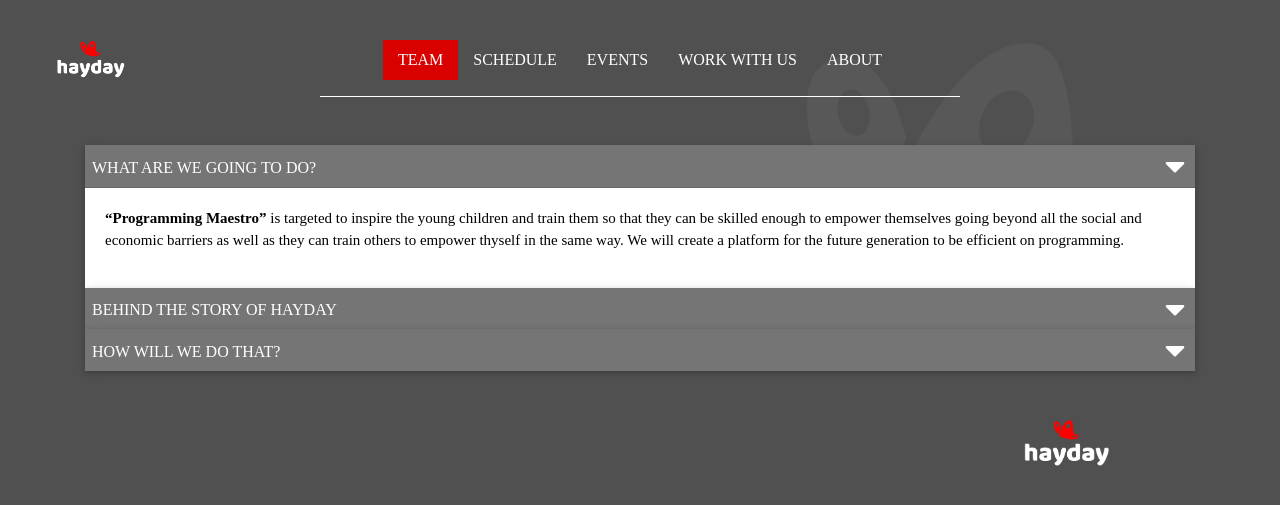
Repository: im1971/company-web
Page: about.html
These files come from the project's save history. The page is drawn as it stood at one moment and after the next save; the edit follows.
The browser window is 1280 px wide. The pictures show the whole page.
Some web fonts or font styles are not loaded; a fallback is used.

Above is the page before, as saved 2020-02-08 11:02:24.

### about.html
<!DOCTYPE html>
<html>

<head>
    <meta charset="utf-8">
    <meta name="viewport" content="width=device-width, initial-scale=1">
    <title>hayday</title>
    <link rel="shortcut icon" type="img/x-icon" href="img/fav.png" />
    <link rel="stylesheet" href="css/mdb.min.css">
    <link rel="stylesheet" href="css/bootstrap.min.css">
    <link rel="stylesheet" href="css/fontawesome.min.css">
    <link rel="stylesheet" href="css/all.min.css">
    <link rel="stylesheet" href="css/style.css">
    <!-- fonts -->
    <link href="https://fonts.googleapis.com/css?family=Baloo+Bhai&display=swap" rel="stylesheet">
    <!-- fonts -->

</head>

<body>

    <div class="wrap_hayday">
        <div class="back_img"></div>
        <div class="container-fluid">
            <div class="row justify-content-center pb-5">
                <div class="col-md-12">
                    <nav class="navbar navbar-expand-lg">
                        <button class="navbar-toggler" type="button" data-toggle="collapse" data-target="#navbarSupportedContent" aria-controls="navbarSupportedContent" aria-expanded="false" aria-label="Toggle navigation">
                            <i class="fas fa-bars"></i>
                        </button>

                        <div class="collapse navbar-collapse" id="navbarSupportedContent">

                            <ul class="navbar-nav m-auto text-uppercase">
                                <a class="nav-icon" href="index.html">
                                    <img src="img/logo.png" alt="">
                                </a>
                                <li class="nav-item">
                                    <a class="nav-link active" href="team.html">Team</a>
                                </li>
                                <li class="nav-item">
                                    <a class="nav-link" href="schedule.html">SCHEDULE</a>
                                </li>
                                <li class="nav-item">
                                    <a class="nav-link" href="event.html">Events</a>
                                </li>
                                <li class="nav-item">
                                    <a class="nav-link" href="workWithUs.html">Work With us</a>
                                </li>
                                <li class="nav-item">
                                    <a class="nav-link" href="about.html">About</a>
                                </li>
                            </ul>
                        </div>
                    </nav>
                </div>
                <div class="col-md-6 border_deco pt-3"></div>
            </div>
            <div class="container">
                <div class="row justify-content-center">
                    <div class="col-md-12">
                        <div class="accordion" id="accordionExample">
                            <div class="card">
                                <div class="card-header collapsed" id="headingTwo" data-toggle="collapse" data-target="#collapseTwo" aria-expanded="false" aria-controls="collapseTwo">
                                    <h2 class="mb-0 ">
                                        <button class="btn btn-link" type="button">
                                            what are we going to do?
                                  </button>
                                        <i class="fas fa-caret-down"></i>
                                    </h2>
                                </div>
                                <div id="collapseTwo" class="collapse show" aria-labelledby="headingTwo" data-parent="#accordionExample">
                                    <div class="card-body">
                                        <p>
                                            <b>“Programming Maestro”</b> is targeted to inspire the young children and train them so that they can be skilled enough to empower themselves going beyond all the social and economic barriers as well as they
                                            can train others to empower thyself in the same way. We will create a platform for the future generation to be efficient on programming.
                                        </p>
                                    </div>
                                </div>
                            </div>
                            <div class="card">
                                <div class="card-header" id="headingOne" data-toggle="collapse" data-target="#collapseOne" aria-expanded="false" aria-controls="collapseOne">
                                    <h2 class="mb-0  ">
                                        <button class="btn btn-link" type="button">
                                            Behind the Story of hayday
                                  </button>
                                        <i class="fas fa-caret-down"></i>
                                    </h2>
                                </div>

                                <div id="collapseOne" class="collapse" aria-labelledby="headingOne" data-parent="#accordionExample">
                                    <div class="card-body">
                                        <p>
                                            The world is racing towards the 5th generation of technological development. The people has to adopt new technologies as well as new techniques to keep pace with the current wave of development. This craving for technological development requires a very
                                            skilled and hardworking manpower to accelerate the process. Moreover, the traditional jobs are not sufficient to fulfil the economic sovereignty.
                                        </p>
                                        <p>
                                            The ILO (International Labour Organization) expresses its concern over high youth unemployment rate. The ILO says, one in five young people under 25 are jobless and have no skills. It warns the compromises of the future employment prospects.
                                        </p>
                                        <p>
                                            If a developing country like Bangladesh wants to embrace the economic autarky, it’s high time to emancipate fledglings of its population by emphasizing on technological competency. The “Programming Maestro” is an initiative to encourage young people and
                                            children in programming as well as in technological competencies.
                                        </p>
                                    </div>
                                </div>
                            </div>
                            <div class="card">
                                <div class="card-header" id="headingThree" data-toggle="collapse" data-target="#collapseThree" aria-expanded="false" aria-controls="collapseThree">
                                    <h2 class="mb-0 ">
                                        <button class="btn btn-link collapsed" type="button">
                                            How will we do that?
                                  </button>
                                        <i class="fas fa-caret-down"></i>
                                    </h2>
                                </div>
                                <div id="collapseThree" class="collapse" aria-labelledby="headingThree" data-parent="#accordionExample">
                                    <div class="card-body">
                                        <p>
                                            Programming is a universal language that requires continuous effort and practice to be an expert programmer besides having some basic knowledge and that makes it unique.
                                        </p>
                                        <p>
                                            We have segregated the whole learning process into 2 basic steps that involves-
                                        </p>
                                        <div class="m-4">
                                            <h4 class="mb-0">
                                                1. Learn the basic knowledge of programming
                                            </h4>
                                            <h4 class="mb-0">
                                                2. Continuous practice
                                            </h4>
                                        </div>
                                        <p class="mb-5">
                                            These two steps are very much continuing and interconnected. We will follow a series of activities to properly execute the steps.
                                        </p>
                                        <h4>
                                            First step: Learn the basic knowledge of programming
                                        </h4>
                                        <p class="ml-4">
                                            1. Future Coder Selection <br> 2. Train the Future Coder<br> 3. Programming Maestro Selection<br> 4. Final Coding Challenge

                                        </p>
                                        <p>
                                            <b>At first,</b> we will run campaigns in schools and colleges to make the children be acquainted with the useful aspects of computer programming we will convince them and its make them understandable to it’s
                                            benefits.
                                        </p>
                                        <p>
                                            <b>Secondly,</b> we will conduct a test called "Future Coder Selection". Through this test, we will see who really wants to learn and who is capable to learn "Computer Programming."
                                        </p>
                                        <p>
                                            <b>Third,</b> we will select 200 students from the above test. We will train these 20 people about "Computer Programming" for six days (four hours per day) through an event called "Future Coder". we will teach
                                            them practically what "Computer Programming" is and why we should do it.
                                        </p>
                                        <p>
                                            Fourth, we will select 20 "Programming Maestro" from these 200 students depending on the examination and understanding. We will organize a "Programming Competition" by dividing them into 7 groups.
                                        </p>
                                        <p>
                                            <b>In the end,</b> just these 6 days of training are not enough to teach "Computer Programming." Therefore, we will set up an institute with sophisticated computer and technology where the children can learn
                                            free "Computer Programming" for 6 days in a week.
                                        </p>
                                        <h4 class="mt-3">
                                            Second step: Continuous Practice
                                        </h4>
                                        <p>
                                            In the second step, we will launch a programming lab with latest digital facilities for practice programming regularly. Where students will be able to learn basic to advanced level programming. Where the topper from the national and international programming
                                            competition will play the role of teachers.
                                        </p>
                                        <p class="text-center classroom m-5">
                                            <img src="img/lab.jpg" alt="">
                                        </p>
                                    </div>
                                </div>
                            </div>
                        </div>
                    </div>
                </div>
            </div>
            <div class="row justify-content-end my-5">
                <div class="col-md-4 m-autp">
                    <div class="middle_body">
                        <div class="logo">
                            <img src="img/logo.png" alt="" style="height: 50px">
                        </div>
                        <!-- <p>Read about our Inspiration</p> -->
                    </div>
                </div>
            </div>
        </div>
    </div>
    </div>



    <!-- <script src="https://code.jquery.com/jquery-3.4.1.slim.min.js" integrity="sha384-J6qa4849blE2+poT4WnyKhv5vZF5SrPo0iEjwBvKU7imGFAV0wwj1yYfoRSJoZ+n" crossorigin="anonymous"></script>
    <script src="https://cdn.jsdelivr.net/npm/popper.js@1.16.0/dist/umd/popper.min.js" integrity="sha384-Q6E9RHvbIyZFJoft+2mJbHaEWldlvI9IOYy5n3zV9zzTtmI3UksdQRVvoxMfooAo" crossorigin="anonymous"></script>
    <script src="https://stackpath.bootstrapcdn.com/bootstrap/4.4.1/js/bootstrap.min.js" integrity="sha384-wfSDF2E50Y2D1uUdj0O3uMBJnjuUD4Ih7YwaYd1iqfktj0Uod8GCExl3Og8ifwB6" crossorigin="anonymous"></script> -->

    <script type="text/javascript" src="js/jquery.min.js"></script>
    <!-- Bootstrap tooltips -->
    <script type="text/javascript" src="js/popper.min.js"></script>
    <!-- Bootstrap core JavaScript -->
    <script type="text/javascript" src="js/bootstrap.min.js"></script>
    <!-- MDB core JavaScript -->
    <script type="text/javascript" src="js/mdb.min.js"></script>


</body>

</html>

### css/style.css
body {
    padding: 0;
    margin: 0;
    /* background: #5407A1; */
    background: #505050;
    color: #fff !important;
    font-family: 'Baloo Bhai', cursive;
    position: relative;
}


/* global */

html {
    overflow: scroll;
    overflow-x: hidden;
}

::-webkit-scrollbar {
    width: 0px;
    background: transparent;
}


/* Optional: show position indicator in red */

::-webkit-scrollbar-thumb {
    background: #FF0000;
}

.active {
    background-color: #d90000;
    color: #fff;
}


/* global */

.back_img {
    background-image: url(../img/back.png);
    height: 350px;
    width: 600px;
    position: absolute;
    background-position: center center;
    background-size: cover;
    opacity: 5%;
    /* top: 30%; */
    right: 0;
}


/* header */

.wrap_hayday .nav-link::after {
    content: '';
    position: absolute;
    width: 100%;
    height: 1px;
    bottom: 0;
    left: 0;
    background-color: #E2061B;
    transform: scaleX(0);
    /* transform-origin: bottom right; */
    transition: transform 0.3s;
}

.wrap_hayday .nav-link:hover::after {
    /* transform-origin: bottom left; */
    transform: scaleX(1);
}

.wrap_hayday .navbar {
    box-shadow: none;
}

.wrap_hayday .navbar .collapse {
    position: relative;
}

.wrap_hayday .navbar .nav-icon {
    position: absolute;
    left: 0;
    top: 0;
    padding: 0;
}

.wrap_hayday .navbar .nav-icon img {
    height: 40px;
}

.wrap_hayday .container-fluid {
    min-height: 100vh;
}

.wrap_hayday nav .nav-link {
    padding-right: 15px !important;
    padding-left: 15px !important;
    color: #fff;
    font-family: 'Baloo Bhai', cursive;
}

.wrap_hayday .border_deco {
    border-bottom: .25px solid #fff;
}

.wrap_hayday nav .nav-link:hover {
    color: #FF0000;
    transition-duration: 0.5s;
}

.wrap_hayday .navbar {
    padding: 40px;
    padding-bottom: 0;
}


/* header */


/* middle body */

.wrap_hayday .middle_body_height {
    height: 50vh;
}

.wrap_hayday .middle_body {
    text-align: center;
}

.wrap_hayday .middle_body p {
    font-size: 22px;
}

.wrap_hayday .middle_body .logo img {
    height: 200px;
}

.wrap_hayday .others_page_middle {
    text-align: center;
    position: absolute;
    right: 30px;
    bottom: 0;
}

.wrap_hayday .others_page_middle img {
    height: 70px;
}


/* middle body */


/* footer-body */

.myprogress {
    min-width: 100%;
    margin: 0px auto;
    text-align: center;
}

.myprogress .circle {
    display: inline-block;
    background: #fff;
    width: 50px;
    height: 50px;
    border-radius: 80px;
    border: 1px solid #d5d5da;
    cursor: pointer;
}

.myprogress .circle:hover {
    background: #FF0000;
    color: #5407A1;
    transition-duration: 0.5s;
}

.myprogress .bar {
    position: relative;
    width: 100px;
    padding-right: 15px;
    font-family: none;
}

.myprogress .circle .label {
    display: inline-block;
    width: 40px;
    height: 40px;
    line-height: 30px;
    border-radius: 40px;
    font-size: 24px;
}

.myprogress .circle .title {
    color: #5407A1;
    font-size: 24px;
    line-height: 50px;
    cursor: pointer;
}

.myprogress .circle .title:hover {
    color: #fff;
}

.myprogress i {
    font-size: 11px;
}

.abc {
    animation: pulse 1s infinite;
    color: #FF0000;
}

.pulse {
    -webkit-animation-duration: 3s;
    -webkit-animation-delay: 2s;
    -webkit-animation-iteration-count: 5;
}

@-webkit-keyframes scroll {
    0% {
        -webkit-transform: translateX(0);
        transform: translateX(0);
    }
    100% {
        -webkit-transform: translateX(calc(-250px * 7));
        transform: translateX(calc(-250px * 7));
    }
}

@keyframes scroll {
    0% {
        -webkit-transform: translateX(0);
        transform: translateX(0);
    }
    100% {
        -webkit-transform: translateX(calc(-250px * 7));
        transform: translateX(calc(-250px * 7));
    }
}

.slider {
    /* background: white; */
    /* box-shadow: 0 10px 20px -5px rgba(0, 0, 0, 0.125); */
    /* height: 100px; */
    margin: auto;
    overflow: hidden;
    position: relative;
    width: 960px;
}

.slider::before,
.slider::after {
    /* background: -webkit-gradient(linear, left top, right top, from(white), to(rgba(255, 255, 255, 0))); */
    /* background: linear-gradient(to right, white 0%, rgba(255, 255, 255, 0) 100%); */
    content: "";
    height: 100px;
    position: absolute;
    width: 200px;
    z-index: 2;
}

.slider::after {
    right: 0;
    top: 0;
    -webkit-transform: rotateZ(180deg);
    transform: rotateZ(180deg);
}

.slider::before {
    left: 0;
    top: 0;
}

.slider .slide-track {
    -webkit-animation: scroll 40s linear infinite;
    animation: scroll 40s linear infinite;
    display: -webkit-box;
    display: flex;
    width: calc(250px * 14);
}

.slider .slide {
    /* height: 100px; */
    /* width: 200px; */
    padding-right: 40px;
}

.sponsor_slider {
    position: absolute;
    bottom: 20px;
}


/* footer-body */


/* about hayday */

.accordion .card-header {
    padding: 0;
    /* background: #5407A1; */
    background: #757575;
    margin-bottom: 0;
    cursor: pointer;
}

.accordion .card-header .btn-link {
    color: #fff;
    padding: 0;
}

.accordion .card {
    border: none;
    border-radius: 0;
}

.accordion i {
    position: absolute;
    right: 10px;
    top: 5px;
}

.accordion p {
    color: #000;
    font-family: serif;
    font-size: 15px;
}

.accordion h4 {
    color: #000;
    font-family: serif;
    font-weight: 700 !important;
    font-size: 22px;
}


/* about hayday */


/* work with us */

.outreach table.table th,
table.table td {
    padding: 3px 20px;
    color: #fff;
    border: none;
    font-family: auto;
}


/* work with us */


/* team */

.team .grid {
    padding-left: 0;
    padding-right: 0;
}

.team .team_image {
    background-image: url(../img/team/team-back.jpg);
    height: 600px;
    background-position: center center;
    background-size: cover;
}

.team .custom_hr {
    border-top: 3px solid #fff !important;
    width: 10% !important;
}

.team img {
    border-radius: 50%;
    margin: auto;
    border: 3px solid #dcdcdc;
}

.team .team_managemt img {
    height: 300px;
    width: 300px;
}

.team .team_volounteer img {
    height: 200px;
    width: 200px;
}

.team .wrap_team {
    display: flex;
    flex-direction: column;
    font-family: auto;
}


/* team */

.sponsor_footer p {
    font-family: auto;
    font-size: 14px;
}

.sponsor_footer p b {
    color: #FF0000;
}


/* events */

.event_wrap .title {
    font-family: auto;
}

.event_wrap .subtitle {
    font-family: auto;
}

.wrap_event {
    color: #fff;
    text-align: center;
    position: relative;
    font-family: auto;
    background: #9100ff3b;
}

.wrap_event .fas {
    font-size: 12px;
}

.slider_wrap .d-block {
    background-image: url(../img/team/team-back.jpg);
    height: 320px;
    background-position: center center;
    background-size: cover;
}

.slider_wrap .carousel-indicators {
    margin: 0;
    bottom: -15%;
}

.carousel .carousel-control-prev-icon {
    background-image: url("data:[embedded picture, 189 characters]")
}

.carousel .carousel-control-next-icon {
    background-image: url("data:[embedded picture, 190 characters]")
}

.carousel-control-next {
    right: -100px;
}

.carousel-control-prev {
    left: -100px;
}


/* calender */


/*
*
* ==========================================
* CUSTOM UTIL CLASSES
* ==========================================
*
*/

.clearfix::after,
.calendar ol::after {
    content: ".";
    display: block;
    height: 0;
    clear: both;
    visibility: hidden;
}


/* ================
Calendar Styling */

.calendar {
    border-radius: 10px;
    font-family: auto;
}

.calendar .target_date {
    height: 30px;
    width: 30px;
    position: absolute;
    border-radius: 50%;
    left: -6px;
    top: 1px;
    background: #fff;
    opacity: 0.3;
}

.month {
    font-size: 2rem;
}

.calendar ol li {
    float: left;
    width: 14.28571%;
}

.calendar .day-names {
    border-bottom: 1px solid #eee;
}

.calendar .day-names li {
    text-transform: uppercase;
    margin-bottom: 0.5rem;
}

.calendar .days li {
    border-bottom: 1px solid #eee;
    /* min-height: 8rem; */
}

.calendar .days li .date {
    margin: 0.25rem 0;
}

.calendar .days li .event {
    font-size: 0.75rem;
    padding: 0.4rem;
    color: white;
    white-space: nowrap;
    overflow: hidden;
    text-overflow: ellipsis;
    border-radius: 4rem;
    margin-bottom: 1px;
}

.calendar .days li .event.span-2 {
    width: 200%;
}

.calendar .days li .event.begin {
    border-radius: 1rem 0 0 1rem;
}

.calendar .days li .event.end {
    border-radius: 0 1rem 1rem 0;
}

.calendar .days li .event.clear {
    background: none;
}

.calendar .days li:nth-child(n+29) {
    border-bottom: none;
}

.calendar .days li.outside .date {
    color: #ddd;
}


/* calender */


/* timer */

#timer div {
    display: inline-block;
    line-height: 1;
    padding: 20px 40px 0 0;
    padding-bottom: 0;
    font-family: auto;
}

#timer span {
    display: block;
    font-size: 20px;
    color: white;
}

#timer #days,
#timer #hours,
#timer #minutes,
#timer #seconds {
    font-size: 50px;
}

#timer #seconds {
    font-size: 30px;
}


/* timer */


/* events */


/* media query */

@media (min-width: 1367px) {
    .sponsor_footer p {
        font-size: 18px;
        margin-top: 40px;
    }
    .outreach table.table th,
    table.table td,
    .accordion p,
    .myprogress .bar {
        font-size: 18px;
    }
    .outreach h4 {
        margin-top: 30px;
        margin-bottom: 20px;
    }
    .accordion .card-header .btn-link {
        font-size: 22px;
    }
    .accordion {
        margin-top: 30px;
    }
    .wrap_hayday .middle_body .logo img {
        height: 145px;
    }
    .wrap_hayday .middle_body p {
        font-size: 22px;
    }
    .wrap_hayday .step_command {
        font-family: auto;
        font-size: 22px;
    }
}

@media (max-width: 567px) {
    .wrap_hayday .navbar {
        padding: 20px 0 0;
    }
    .fa-bars {
        color: #fff !important;
    }
    .wrap_hayday .middle_body .logo img {
        height: 140px;
        margin-bottom: 28px;
    }
    .back_img {
        height: 150px;
        width: 200px;
    }
    .wrap_hayday .middle_body_height {
        height: 35vh;
    }
    .myprogress .circle {
        display: block;
        margin: auto;
        margin-top: 20px;
    }
    .myprogress .bar {
        padding-right: 0;
        font-family: none;
        font-size: 18px;
    }
    .team .team_image {
        height: 200px;
    }
    .team .custom_hr {
        width: 50% !important;
    }
    .team .team_managemt img {
        height: 150px;
        width: 150px;
    }
    .team .team_volounteer img {
        height: 120px;
        width: 120px;
    }
    .team .card-title {
        font-size: 26px;
    }
    .team .wrap_team {
        margin-bottom: 30px;
    }
    .sponsor_footer p {
        margin-bottom: 20px !important;
    }
    .calendar {
        padding-left: 0 !important;
        margin-top: 30px;
    }
    .event_wrap .title {
        font-size: 22px;
    }
    .event_wrap button {
        margin-bottom: 40px !important;
    }
    #timer #days,
    #timer #hours,
    #timer #minutes,
    #timer #seconds {
        font-size: 35px;
        margin: auto;
    }
    #timer span {
        font-size: 14px;
    }
    #timer div {
        padding: 0px 26px 0 0;
    }
    #timer {
        background: #8500ff82;
        display: flex;
        padding: 20px;
    }
    .classroom img {
        width: 150px;
    }
    .slider {
        width: 200px;
        padding-bottom: 20px;
    }
    .sponsor_slider {
        margin-top: 50px;
    }
}

Loaded but not shown: css/mdb.min.css (library); css/bootstrap.min.css (library); css/fontawesome.min.css (library); css/all.min.css (library); js/jquery.min.js (library); js/popper.min.js (library); js/bootstrap.min.js (library); js/mdb.min.js (library)

After the next save:
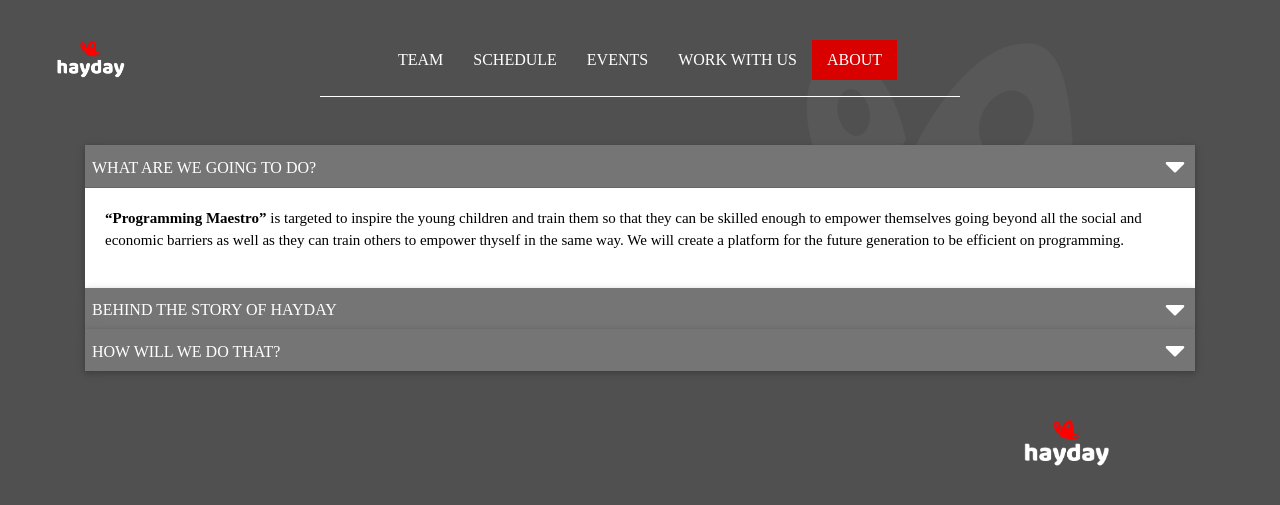
Saved 13 s later.
--- a/about.html
+++ b/about.html
@@ -36,7 +36,7 @@
                                     <img src="img/logo.png" alt="">
                                 </a>
                                 <li class="nav-item">
-                                    <a class="nav-link active" href="team.html">Team</a>
+                                    <a class="nav-link" href="team.html">Team</a>
                                 </li>
                                 <li class="nav-item">
                                     <a class="nav-link" href="schedule.html">SCHEDULE</a>
@@ -48,7 +48,7 @@
                                     <a class="nav-link" href="workWithUs.html">Work With us</a>
                                 </li>
                                 <li class="nav-item">
-                                    <a class="nav-link" href="about.html">About</a>
+                                    <a class="nav-link active" href="about.html">About</a>
                                 </li>
                             </ul>
                         </div>
